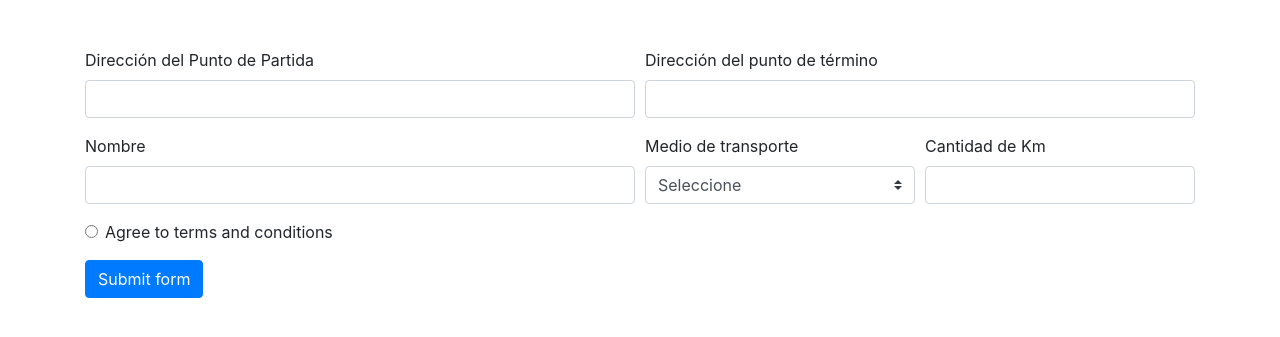
Repository: Jassan851031/foreachTask
Page: /
These files come from the project's save history. The page is drawn as it stood at one moment and after the next save; the edit follows.
The browser window is 1280 px wide. The pictures show the whole page.
The project was rebuilt for these pictures with package versions that can differ from the ones it lists, and the page was loaded fresh each time. Also part of the build but not shown: src/App.css.

Above is the page before, as saved 2020-03-23 15:07:50.

After the next save:
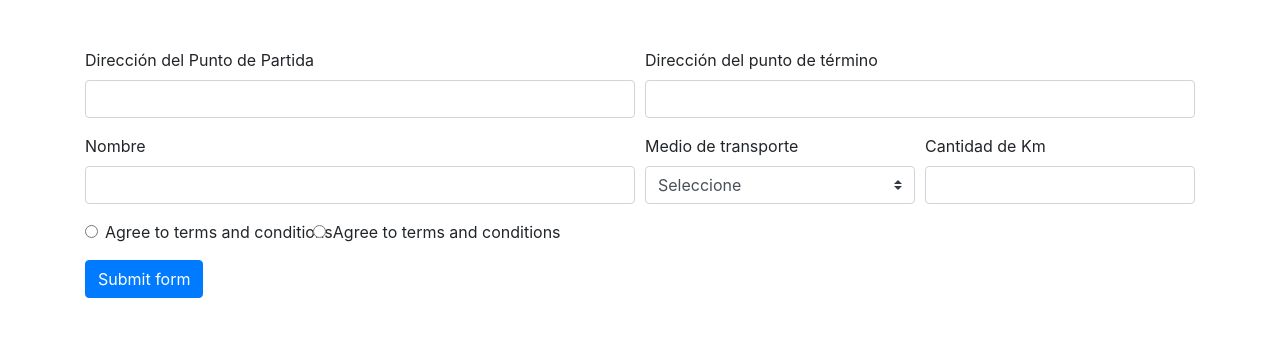
Saved 21 s later.
--- a/src/App.js
+++ b/src/App.js
@@ -39,6 +39,10 @@ function App() {
             </div>
             <div className="form-group">
               <div className="form-check">
+                <input className="form-check-input" type="radio" value="" id="invalidCheck1" required />
+                <label className="form-check-label" for="invalidCheck1">
+                  Agree to terms and conditions
+                </label>
                 <input className="form-check-input" type="radio" value="" id="invalidCheck2" required />
                 <label className="form-check-label" for="invalidCheck2">
                   Agree to terms and conditions
